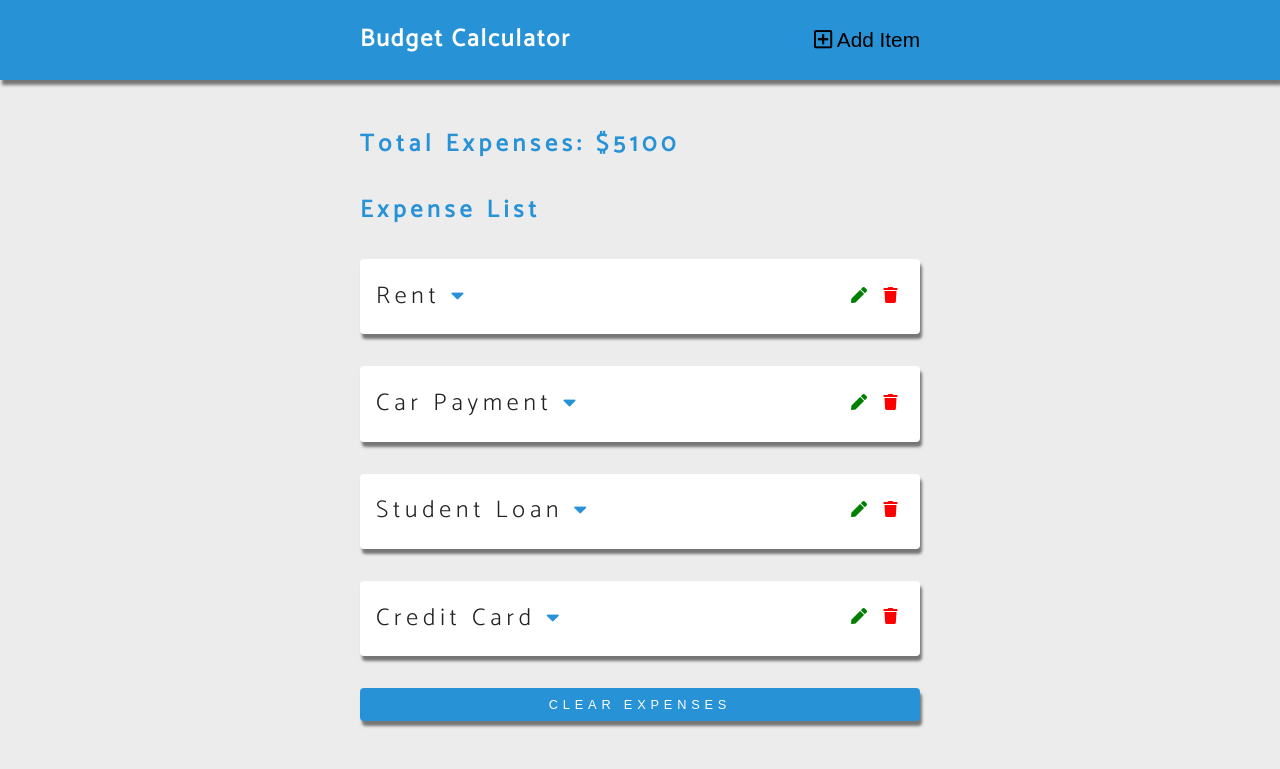
Repository: webdril/budget
Page: /
An editor plug-in stored every save of this project. The page is shown before and after the next save, followed by the edit.
The browser window is 1280 px wide. The pictures show the whole page.
The project was rebuilt for these pictures with package versions that can differ from the ones it lists, and the page was loaded fresh each time.

Above is the page before, as saved 2020-03-13 21:19:26.

### public/index.html
<!DOCTYPE html>
<html lang="en">
<head>
	<meta charset='utf-8'>
	<meta name='viewport' content='width=device-width,initial-scale=1'>

	<title>Budget Calculator</title>

	<link rel='icon' type='image/png' href='/favicon.png'>
	<link rel='stylesheet' href='/global.css'>
	<link rel='stylesheet' href='/build/bundle.css'>
	<!-- Font Awesome -->
	<link rel="stylesheet" href="fontawesome-free-5.11.2-web/css/all.min.css">

	<script defer src='/build/bundle.js'></script>
</head>

<body>
</body>
</html>

### src/App.svelte
<script>
import {setContext} from 'svelte';
// components
import Navbar from './Navbar.svelte'
import ExpensesList from './ExpensesList.svelte'
import Totals from './Totals.svelte'
import ExpenseForm from './ExpenseForm.svelte'

// Data
import expensesData from './expenses';

// variables
let expenses = [...expensesData];
// reactive
$: total = expenses.reduce((acc, curr) => {
	console.log(acc, curr.amount);
	return(acc += curr.amount);
},0);

// functions
function removeExpense(id){
	expenses = expenses.filter(item =>item.id !== id);
}
function clearExpenses(){
	expenses = [];
}

// context
setContext('remove', removeExpense)
</script>

<!-- CSS/STYLING -->

<Navbar />
<main class="content">
	<Totals title="total expenses" {total} />
	<ExpensesList {expenses}/>
	<button type="button" class="btn btn-primary btn-block" on:click={clearExpenses}> Clear Expenses</button>
</main>

### src/Navbar.svelte
<nav class="nav">
	<div class="nav-center">
		<h1 class="nav-title">Budget Calculator</h1>
		<button type="button" class="nav-btn">
			<i class="far fa-plus-square" />
			Add Item
		</button>
	</div>
</nav>

### src/ExpensesList.svelte
<script>
import SectionTitle from './Title.svelte';
import Expense from './Expense.svelte';
export let expenses = [];
</script>

<style>
    h2 {
        text-transform: capitalize;
    }
</style>

<section>
    <SectionTitle title= 'expense list' />
    <ul>
        {#each expenses as expense, index}
            <!-- <Expense {expense}/> -->
            <!-- Anothr way below -->
            <Expense {...expense} />
            {:else}
                <h2>No Expenses added to the list</h2>
        {/each}
    </ul>
</section>

### src/Totals.svelte
<script>
export let title = 'default title';
export let total = 0;
</script>




<section class="main-title">
<h2>{title}: ${total}</h2>
</section>

### src/Title.svelte
<script>
export let title = "default title";

</script>


<div class="main-title">
 <h2>{title}</h2>
</div>

### src/Expense.svelte
<script>
import {getContext} from 'svelte';
// export let expense
// let {name, amount} = expense
// Another method below
export let id;
export let name = "";
export let amount =0;
let displayAmount = false;

function toggleAmount () {
    displayAmount = !displayAmount
}
const removeExpense = getContext('remove');
</script>

<article class="single-expense">
    <div class="expense-infor">
        <h2>{name}
            <button class="amount-btn" on:click={toggleAmount}>
                <i class="fas fa-caret-down" />
            </button>
        </h2>
        {#if displayAmount}
        <h4>amount: ${amount}</h4>
        {/if}
    </div>
    <div class="expense-button">
        <button class="expense-btn edit-btn">
            <i class="fas fa-pen" />
        </button>
          <button class="expense-btn delete-btn"
          on:click={removeExpense(id)}>

            <i class="fas fa-trash" />
        </button>
    </div>
</article>

### public/global.css
/*
======
Fonts
======
*/
@import url("https://fonts.googleapis.com/css?family=Catamaran:300,400&display=swap");
/*
======
Variables
======
*/
:root {
  --primaryColor: #2892d7;
  --mainWhite: #fff;
  --offWhite: #f7f7f7;
  --mainBlack: #222;
  --mainGrey: #ececec;
  --darkGrey: #afafaf;
  --mainTransition: all 0.3s linear;
  --mainSpacing: 0.3rem;
  --lightShadow: 2px 5px 3px 0px rgba(0, 0, 0, 0.5);
  --darkShadow: 4px 10px 5px 0px rgba(0, 0, 0, 0.5);
  --mainBorderRadius: 0.25rem;
}
/*
======
Global Styles
======
*/
* {
  margin: 0;
  padding: 0;
  box-sizing: border-box;
}

body {
  font-family: "Catamaran", sans-serif;
  color: var(--mainBlack);
  background: var(--mainGrey);
  line-height: 1.4;
  font-size: 1rem;
  font-weight: 300;
}
h1,
h2,
h3,
h4,
h5,
h6 {
  font-family: "Catamaran", sans-serif;
  margin-bottom: 1.25rem;
  letter-spacing: var(--mainSpacing);
}
p {
  margin-bottom: 1.25rem;
}
ul {
  list-style-type: none;
}
a {
  text-decoration: none;
  color: var(--mainBlack);
}
/*
======
Buttons
======
*/
.btn,
.btn-white,
.btn-primary {
  text-transform: uppercase;
  letter-spacing: var(--mainSpacing);
  color: var(--primaryColor);
  border: 2px solid var(--primaryColor);
  padding: 0.45rem 0.8rem;
  display: inline-block;
  transition: var(--mainTransition);
  cursor: pointer;
  font-size: 0.8rem;
  border-radius: var(--mainBorderRadius);
  background: transparent;
}
.btn:hover {
  background: var(--primaryColor);
  color: var(--mainWhite);
}
.btn-white {
  background: transparent;
  color: var(--primaryColor);
  border-color: var(--primaryColor);
}
.btn-white:hover {
  background: var(--mainWhite);
  color: var(--primaryColor);
}
.btn-primary {
  background: var(--primaryColor);
  color: var(--mainWhite);
  border-color: var(--primaryColor);
}
.btn-primary:hover {
  background: transparent;
  color: var(--primaryColor);
}
.btn-block {
  width: 100%;
  display: block;
  margin: 0 auto;
  box-shadow: var(--lightShadow);
}
.disabled {
  color: var(--darkGrey);
  border-color: var(--darkGrey);
}
.disabled:hover {
  background: transparent;
  color: var(--darkGrey);
  border-color: var(--darkGrey);
}
/*
======
Navbar
======
*/
.nav {
  background: var(--primaryColor);
  height: 5rem;
  display: flex;
  align-items: center;
  box-shadow: var(--lightShadow);
}

.nav-center {
  width: 85%;
  max-width: 35rem;
  margin: 0 auto;
  display: flex;
  justify-content: space-between;
}
.nav-title {
  text-transform: capitalize;
  color: var(--mainWhite);
  margin-bottom: 0;
  letter-spacing: 2px;
}
.nav-btn {
  background: transparent;
  font-size: 1.3rem;
  border: none;
  cursor: pointer;
  text-transform: capitalize;
  transition: var(--mainTransition);
}
.nav-btn:hover {
  color: var(--darkGrey);
}
/*
======
Content
======
*/
.content {
  padding: 3rem 0;
  width: 85vw;
  max-width: 35rem;
  margin: 0 auto;
}

/*
======
Main Title
======
*/
.main-title {
  text-transform: capitalize;
  color: var(--primaryColor);
  margin-bottom: 2rem;
}
/*
======
Single Expense
======
*/
.single-expense {
  display: flex;
  justify-content: space-between;
  text-transform: capitalize;
  align-items: center;
  margin-bottom: 2rem;
  padding: 1.3rem 1rem;
  border-radius: var(--mainBorderRadius);
  background: var(--mainWhite);
  box-shadow: var(--lightShadow);
}
.single-expense h2 {
  margin-bottom: 0;
  font-weight: 300;
}
.single-expense h4 {
  margin-bottom: 0;
  margin-top: 1rem;
  font-weight: 300;
  color: var(--primaryColor);
}

.expense-btn {
  font-size: 1rem;
  background: transparent;
  border: none;
  margin: 0 0.4rem;
  transition: var(--mainTransition);
  cursor: pointer;
}
.expense-btn:hover {
  transform: scale(1.2);
}
.amount-btn {
  font-size: 1.3rem;
  background: transparent;
  border: none;
  cursor: pointer;
  color: var(--primaryColor);
}
.delete-btn {
  color: red;
}
.edit-btn {
  color: green;
}
/*
======
Expense Form
======
*/

.expense-form {
  background: var(--mainWhite);
  padding: 1.25rem 1rem;
  text-transform: capitalize;
  border-radius: var(--mainBorderRadius);
  box-shadow: var(--lightShadow);
}

.form-control label {
  display: block;
}
.form-control input {
  width: 100%;
  border: none;
  border-bottom: 2px solid var(--darkGrey);
  margin-bottom: 1.25rem;
  padding: 0.5rem;
  font-size: 1.2rem;
}
.form-empty {
  text-align: center;
  color: red;
}
.form {
  position: relative;
  margin-bottom: 5rem;
}
.close-btn {
  position: absolute;
  top: 0;
  right: 0;
  font-size: 1.2rem;
  text-transform: capitalize;
  display: flex;
  align-items: center;
  width: 4.2rem;
  justify-content: space-between;
  background: transparent;
  border: none;
  color: red;
  cursor: pointer;
}
/*
======
Modal
======
*/
.modal-container {
  position: fixed;
  top: 0;
  left: 0;
  right: 0;
  bottom: 0;
  background: rgba(0, 0, 0, 0.7);
  z-index: 2;
}
.modal-content {
  background: var(--mainWhite);
  width: 85vw;
  max-width: 35rem;
  margin: 0 auto;
  margin-top: 5rem;
  padding: 3rem;
  border-radius: var(--mainBorderRadius);
  position: relative;
}
.modal-content .expense-form {
  box-shadow: none;
}
.modal-container .form {
  margin-bottom: 0;
}
.modal-container .expense-form {
  padding: 1.25rem 0;
}
.modal-container .form {
  position: static;
}
.modal-container .close-btn {
  top: 2%;
  right: 3%;
}
/*
======
Github Users
======
*/

.user {
  margin: 2rem 0;
  box-shadow: var(--lightShadow);
  display: grid;
  grid-template-columns: auto 1fr;
  border-radius: var(--mainBorderRadius);
  grid-column-gap: 2rem;
  background: var(--mainWhite);
}
.user img {
  width: 6rem;
  border-top-left-radius: var(--mainBorderRadius);
  border-bottom-left-radius: var(--mainBorderRadius);
}
.user-info {
  padding-top: 0.75rem;
}
.user-info h3 {
  margin-bottom: 0.75rem;
}

### src/ExpenseForm.svelte
<h1>Hello form from expense form</h1>

Loaded but not shown: src/main.js (common file); src/expenses.js (common file); public/fontawesome-free-5.11.2-web/css/all.min.css (library)

After the next save:
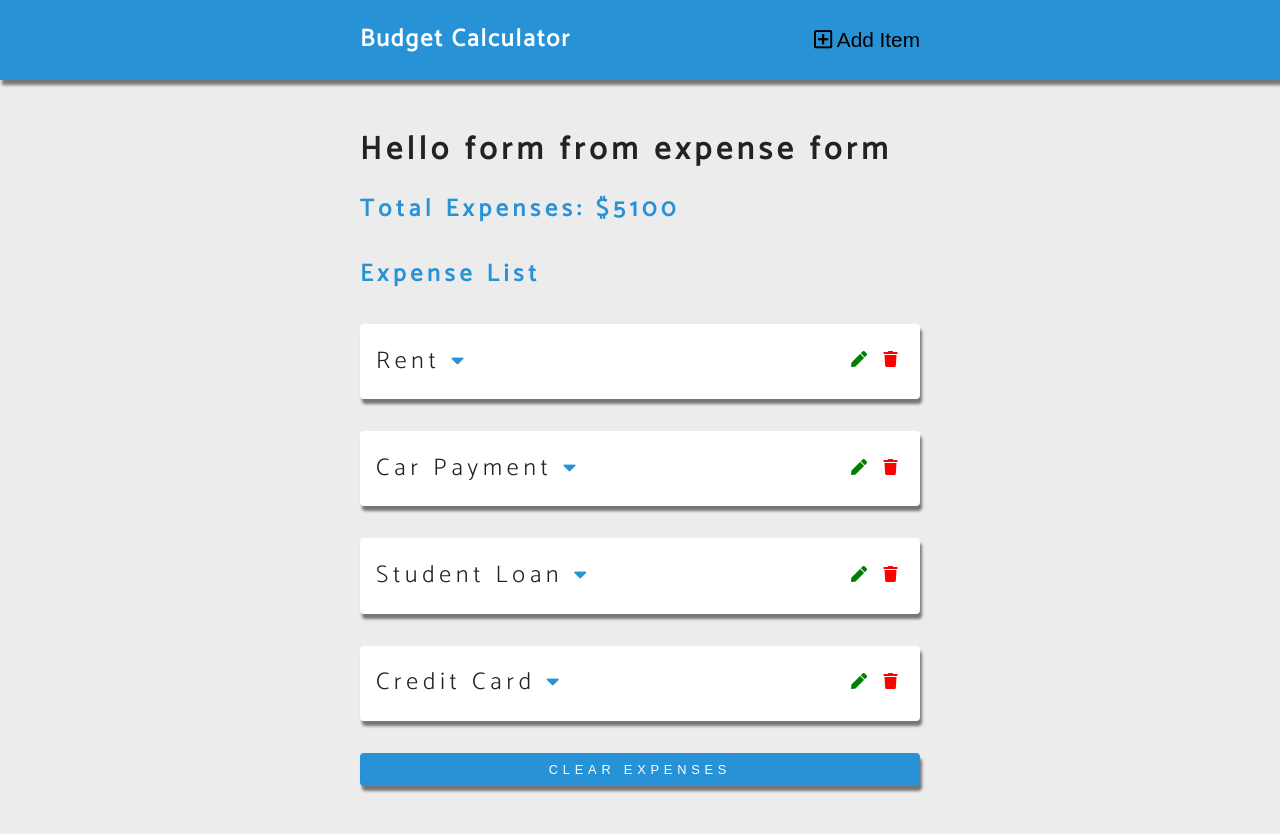
Saved 44 s later.
--- a/src/App.svelte
+++ b/src/App.svelte
@@ -33,6 +33,7 @@ setContext('remove', removeExpense)
 
 <Navbar />
 <main class="content">
+<ExpenseForm />
 	<Totals title="total expenses" {total} />
 	<ExpensesList {expenses}/>
 	<button type="button" class="btn btn-primary btn-block" on:click={clearExpenses}> Clear Expenses</button>
